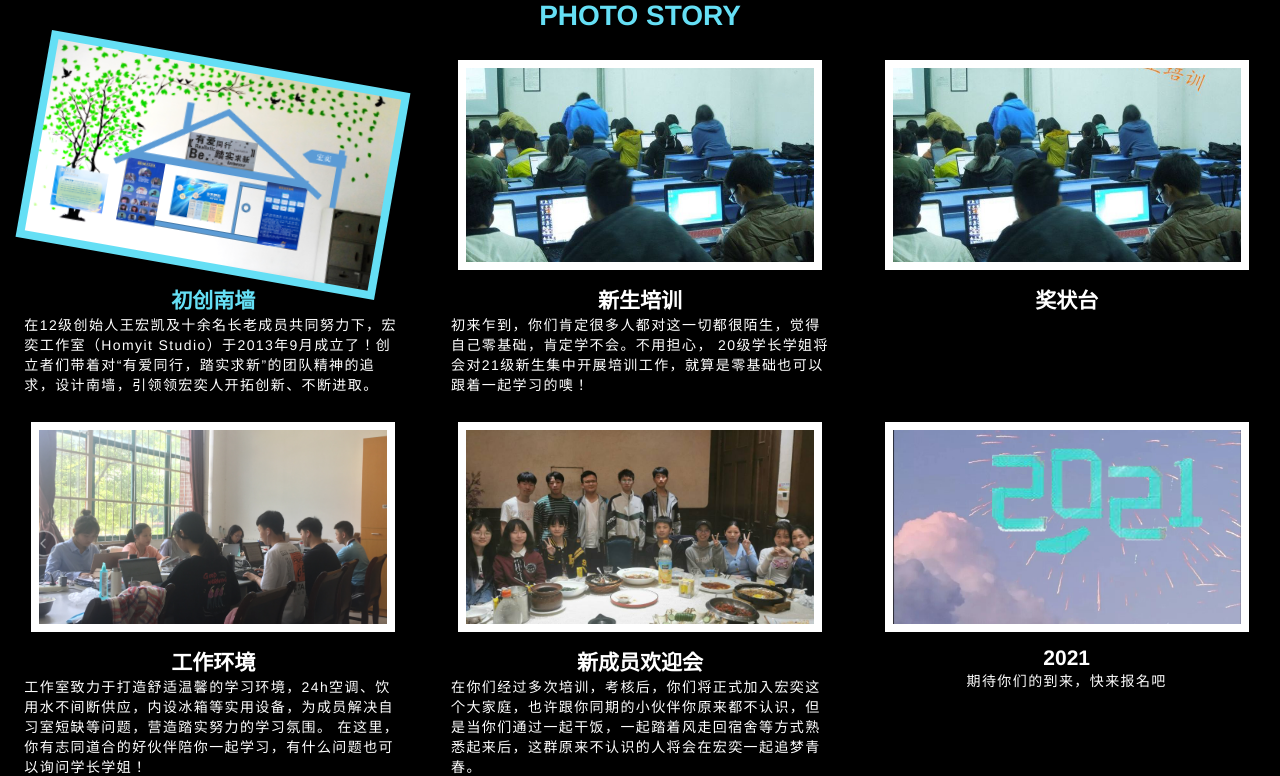
Repository: Homyit20/website
Page: /#/photo
The author's editor kept a copy of each file at every save. The page is drawn from the files as they stood at one save, then again after the next save.
The browser window is 1280 px wide. The pictures show the whole page.
The project was rebuilt for these pictures with package versions that can differ from the ones it lists, and the page was loaded fresh each time. Also part of the build but not shown: vue.config.js.

Above is the page before, as saved 2021-08-10 20:04:45.

### public/index.html
<!DOCTYPE html>
<html lang="">
  <head>
    <meta charset="utf-8">
    <meta http-equiv="X-UA-Compatible" content="IE=edge">
    <meta name="viewport" content="width=device-width,initial-scale=1.0">
    <link rel="icon" href="<%= BASE_URL %>favicon.ico">
    <!-- <title><%= htmlWebpackPlugin.options.title %></title> -->
    <title><%= htmlWebpackPlugin.options.title %></title>
    <style>
      *{
        cursor: url("火箭.ico"),auto;
      }
      .body{
        overflow-x: hidden;
      }
    </style>
  </head>
  <body class="body">
    <noscript>
      <strong>We're sorry but <%= htmlWebpackPlugin.options.title %> doesn't work properly without JavaScript enabled. Please enable it to continue.</strong>
    </noscript>
    <div id="app"></div>
    <!-- built files will be auto injected -->
  </body>
</html>

### src/main.js
import Vue from 'vue'
import App from './App.vue'
import router from './router'
import store from './store'
// import VueCookies from 'vue-cookies'
// import axios from 'axios'
// import VueAxios from 'vue-axios'
import 'animate.css/animate.min.css'
// Vue.use(VueCookies)
// Vue.use(VueAxios, axios);

Vue.config.productionTip = false

new Vue({
  router,
  store,
  render: h => h(App),
}).$mount('#app')

//报名成功或者已报名才可进入二维码页面
router.beforeEach((to, from, next) => {
  //路由导航
  if (to.meta.islogin) {

    if (store.state.success == 1) {
      next()
    } else {
      next({
        path: from.path
      })
    }
  } else {

    if (to.meta.islogin) {
      if (store.state.success == 1) {
        next()
      } else {
        next({
          path: from.path
        })
      }
    } else {
      next()
    }
  }
})
window.onload = function(){
  document.title = "HOMYIT STUDIO"
}

### src/App.vue
<template>
  <div id="app">
    <router-view></router-view>
  </div>
</template>

<script>
// import NavBar from "./components/enter/enter.vue"
export default {
  name: "App"
};
</script>

<style>
* {
  margin: 0;
  padding: 0;
  box-sizing: border-box;
}
html {
  font-size: 14px;
}
#app {
  font-family: Avenir, Helvetica, Arial, sans-serif;
}
</style>

### src/router/index.js
import Vue from 'vue'
import VueRouter from 'vue-router'

Vue.use(VueRouter);

const routes = [
    {
        path: '/',
        redirect: '/enter',
        meta : {
            title : 'enter'
        }
    },
    {
        path: '/technique',
        component: () => import('../views/technique.vue'),
        meta : {
            title : 'technique'
        }
    },
    {
        path: '/develop',
        component: () => import('../views/develop.vue'),
        meta : {
            title : 'develop'
        }
    },
    {
        path: '/enter',
        component: () => import('../views/enter.vue'),
        meta : {
            title : 'enter'
        }
    },
    {
        path: '/login',
        component: () => import('../views/login.vue'),
        redirect: '/login/loginform',
        children: [{
            path: '/login/loginform',
            component: () => import('../components/content/loginform.vue'),
            meta : {
                title : 'login'
            }
        },
        {
            path: '/login/contact',
            component: () => import('../components/content/contact.vue'),
            meta: {
                islogin: true,
                title : 'contact'
            }
        }
        ]
    },
    {
        path: '/home',
        component: () => import('../views/Home.vue'),
        meta : {
            title : 'home'
        }
    }, {
        path: '/background',
        component: () => import('../views/background.vue'),
        meta : {
            title : 'background'
        }
    },
    {
        path : '/photo',
        component : () => import('../views/photo.vue')
    }
]

const router = new VueRouter({
    routes
})

export default router;

### src/store/index.js
import Vue from 'vue'
import Vuex from 'vuex'

Vue.use(Vuex)

const store = new Vuex.Store({
    state : {
        success : 0,
        isnav : false
    },
    mutations : {
        judge(state){
            state.success = 1
        }
    }
})

export default store;

### src/views/photo.vue
<template>
  <div class="photos-back">
    <h1>PHOTO STORY</h1>
    <div class="photo-content">
      <div class="photo-content-img">
        <img src="../assets/techlogin/images/南墙.png" class="photo-animate-one our-photo" @click="changephoto(0)">
        <h2 class="active-photo">初创南墙</h2>
        <p>在12级创始人王宏凯及十余名长老成员共同努力下，宏奕工作室（Homyit Studio）于2013年9月成立了！创立者们带着对“有爱同行，踏实求新”的团队精神的追求，设计南墙，引领领宏奕人开拓创新、不断进取。
        </p>
      </div>
      <div class="photo-content-img">
        <img src="../assets/techlogin/images/新生培训.png" class="our-photo" @click="changephoto(1)">
        <h2>新生培训</h2>
        <p>初来乍到，你们肯定很多人都对这一切都很陌生，觉得自己零基础，肯定学不会。不用担心，
          20级学长学姐将会对21级新生集中开展培训工作，就算是零基础也可以跟着一起学习的噢！</p>
      </div>
      <div class="photo-content-img">
        <img src="../assets/techlogin/images/新生培训.jpg" class="our-photo" @click="changephoto(2)">
        <h2>奖状台</h2>
        <p></p>
      </div>
      <div class="photo-content-img">
        <img src="../assets/techlogin/images/工作环境.png" class="our-photo" @click="changephoto(3)">
        <h2>工作环境</h2>
        <p>工作室致力于打造舒适温馨的学习环境，24h空调、饮用水不间断供应，内设冰箱等实用设备，为成员解决自习室短缺等问题，营造踏实努力的学习氛围。
          在这里，你有志同道合的好伙伴陪你一起学习，有什么问题也可以询问学长学姐！
        </p>
      </div>
      <div class="photo-content-img">
        <img src="../assets/techlogin/images/2020.jpg" class="our-photo" @click="changephoto(4)">
        <h2>新成员欢迎会</h2>
        <p>在你们经过多次培训，考核后，你们将正式加入宏奕这个大家庭，也许跟你同期的小伙伴你原来都不认识，但是当你们通过一起干饭，一起踏着风走回宿舍等方式熟悉起来后，这群原来不认识的人将会在宏奕一起追梦青春。</p>
      </div>
      <div class="photo-content-img">
        <img src="../assets/techlogin/images/2021.png" @click="phototojoin()">
        <h2>2021</h2>
        <p>期待你们的到来，快来报名吧</p>
      </div>
    </div>
  </div>
</template>

<script>
  let photobefore = 0;
  export default {
    name : 'photo',
    methods:{
      changephoto(value){
        let ourphoto = document.getElementsByClassName('our-photo');
        let photoh2 = document.getElementsByTagName('h2');
        photoh2[value].style.color = '#65dff5';
        photoh2[photobefore].style.color = '#fff';
        ourphoto[0].classList.remove('photo-animate-one');
        ourphoto[photobefore].classList.remove('photo-animate-one');
        ourphoto[value].classList.add('photo-animate-one');
        photobefore = value;
      },
      phototojoin(){
      this.$router.push({
        path : '/login/loginform'
      })
    }
    }
  }
</script>

<style>
.photos-back{
  width: 100vw;
  background-color: #000;
  display: flex;
  flex-direction: column;
  align-items: center;
  color: #65dff5;
}
.photo-content{
  display: flex;
  justify-content: space-around;
  flex-wrap: wrap;
}
.photo-content-img{
  display: flex;
  flex-direction: column;
  align-items: center;
  width: 27rem;
  margin-top: 2rem;
  color: #fff;
}
.photo-content-img .active-photo{
  color: #65dff5;
}
.photo-content-img h2{
  margin-top: 1rem;
}
.photo-content-img p{
  box-shadow: 1px 1px 3px #000;
  letter-spacing: 0.1rem;
}
.photo-content-img img{
  border: 8px solid #fff;
  width: 26rem;
  height: 15rem;
  object-fit: cover;
}
  .photo-content-img .photo-animate-one{
    border: 8px solid #65dff5;
    animation: photoone 2s infinite ease-in-out;
  }
/* 动画 */
@keyframes photoone {
  0%{
    transform: rotate(0deg);
  }
  50%{
    transform: rotate(10deg);
  }
  100%{
    transform: rotate(0deg);
  }
}


@media screen and (max-width : 800px){
  .photo-content{
    display: flex;
    flex-direction: column;
    align-items: center;
 }
 .photo-content-img{
   width: 23rem;
 }
   .photo-content-img img{
    width: 22rem;
    height: 12rem;
  }
}
@media screen and (min-width: 1500px){
  .photo-content-img{
    width: 35rem;
  }
  .photo-content-img img{
    width: 34rem;
    height: 20rem;
  }
}
</style>

After the next save:
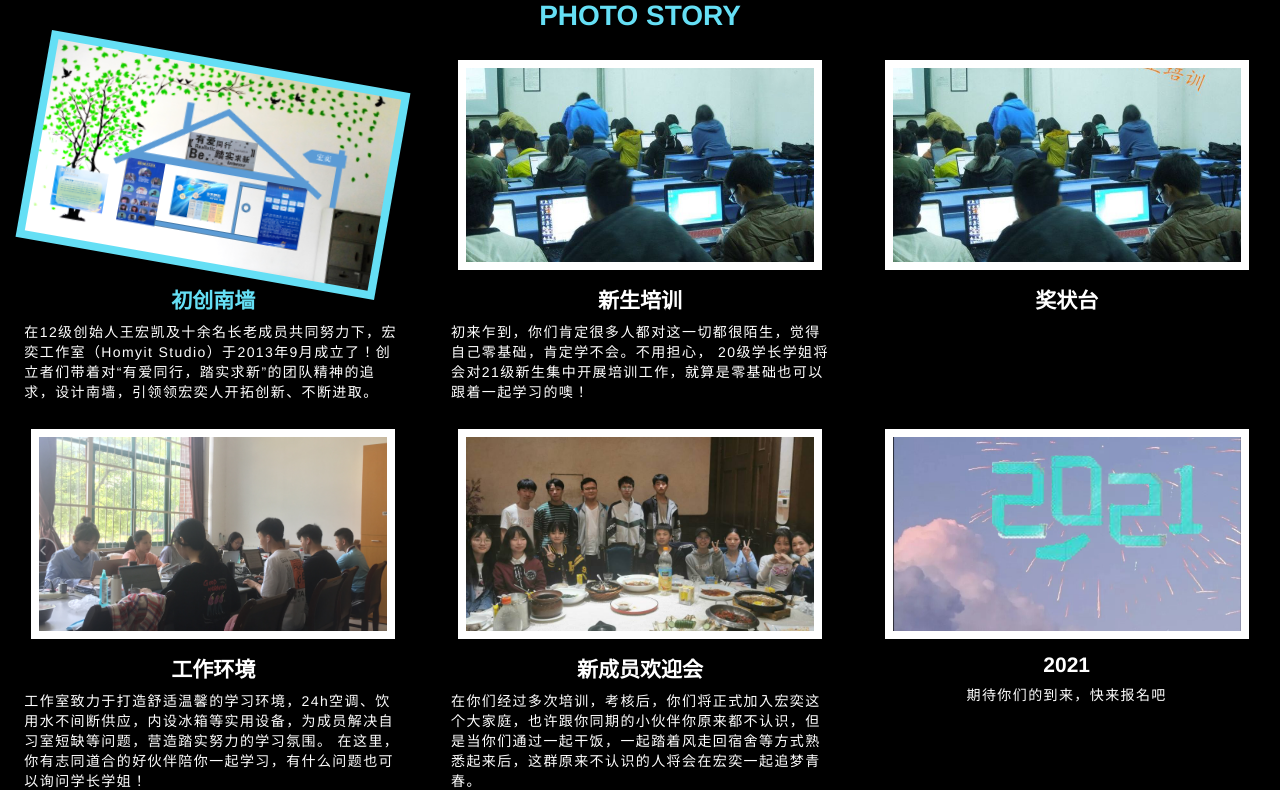
Saved 14 s later.
--- a/src/views/photo.vue
+++ b/src/views/photo.vue
@@ -95,6 +95,7 @@
 .photo-content-img p{
   box-shadow: 1px 1px 3px #000;
   letter-spacing: 0.1rem;
+  margin-top: 0.5rem;
 }
 .photo-content-img img{
   border: 8px solid #fff;
